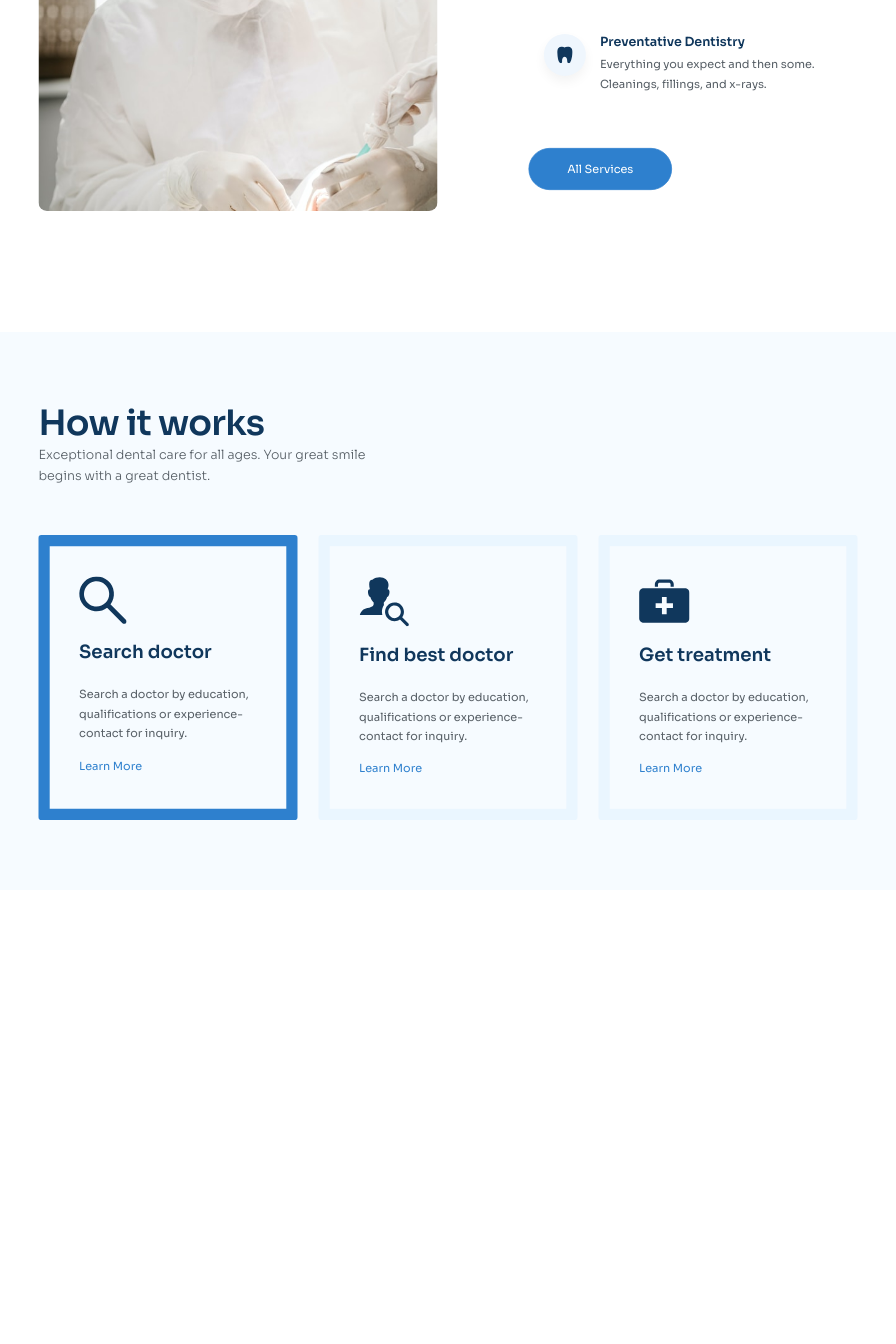
Repository: Tran-Dat/F8_Project_03
Page: index.html
The author's editor kept a copy of each file at every save. The page is drawn from the files as they stood at one save, then again after the next save.
The browser window is 1280 px wide. The pictures show the part of the page from y = 1428 to 3348 px (the page is 3800 px tall), at 70% of full size.
The pointer rests on the first visible `.work-item`.

Above is the page before, as saved 2023-04-03 15:56:52.

### index.html
<!DOCTYPE html>
<html lang="en">
    <head>
        <meta charset="UTF-8" />
        <meta http-equiv="X-UA-Compatible" content="IE=edge" />
        <meta name="viewport" content="width=device-width, initial-scale=1.0" />
        <title>shine smile</title>

        <!-- Favicon -->
        <link rel="apple-touch-icon" sizes="57x57" href="./assets/favicon/" />
        <link
            rel="apple-touch-icon"
            sizes="60x60"
            href="./assets/favicon/apple-icon-60x60.png"
        />
        <link
            rel="apple-touch-icon"
            sizes="72x72"
            href="./assets/favicon/apple-icon-72x72.png"
        />
        <link
            rel="apple-touch-icon"
            sizes="76x76"
            href="./assets/favicon/apple-icon-76x76.png"
        />
        <link
            rel="apple-touch-icon"
            sizes="114x114"
            href="./assets/favicon/apple-icon-114x114.png"
        />
        <link
            rel="apple-touch-icon"
            sizes="120x120"
            href="./assets/favicon/apple-icon-120x120.png"
        />
        <link
            rel="apple-touch-icon"
            sizes="144x144"
            href="./assets/favicon/apple-icon-144x144.png"
        />
        <link
            rel="apple-touch-icon"
            sizes="152x152"
            href="./assets/favicon/apple-icon-152x152.png"
        />
        <link
            rel="apple-touch-icon"
            sizes="180x180"
            href="./assets/favicon/apple-icon-180x180.png"
        />
        <link
            rel="icon"
            type="image/png"
            sizes="192x192"
            href="./assets/favicon/android-icon-192x192.png"
        />
        <link
            rel="icon"
            type="image/png"
            sizes="32x32"
            href="./assets/favicon/favicon-32x32.png"
        />
        <link
            rel="icon"
            type="image/png"
            sizes="96x96"
            href="./assets/favicon/favicon-96x96.png"
        />
        <link
            rel="icon"
            type="image/png"
            sizes="16x16"
            href="./assets/favicon/favicon-16x16.png"
        />
        <link rel="manifest" href="./assets/favicon/manifest.json" />
        <meta name="msapplication-TileColor" content="#ffffff" />
        <meta
            name="msapplication-TileImage"
            content="./assets/favicon/ms-icon-144x144.png"
        />
        <meta name="theme-color" content="#ffffff" />

        <!-- Emmet Fonts -->
        <link rel="preconnect" href="https://fonts.googleapis.com" />
        <link rel="preconnect" href="https://fonts.gstatic.com" crossorigin />
        <link
            href="https://fonts.googleapis.com/css2?family=Sora:wght@300;400;500;600;700;800&display=swap"
            rel="stylesheet"
        />

        <!-- Reset Css -->
        <link rel="stylesheet" href="./assets/css/reset.css" />
        <link rel="stylesheet" href="./assets/css/style.css" />
    </head>
    <body>
        <!-- Header -->
        <header class="header">
            <div class="container">
                <!-- Header top -->
                <div class="header-top">
                    <!-- Logo -->
                    <a href="/">
                        <div class="logo">
                            <span class="logo__circle"> </span>
                            <span class="logo__text">
                                <span class="logo__brand">Shine</span>
                                <span class="logo__brand logo__brand--small">
                                    smile
                                </span>
                            </span>
                        </div>
                    </a>

                    <!-- NavBar -->
                    <nav class="navbar">
                        <ul class="navbar__list">
                            <li class="navbar__item">
                                <a
                                    href="#!"
                                    class="navbar__link navbar__item--active"
                                >
                                    Home
                                </a>
                            </li>
                            <li class="navbar__item">
                                <a href="#!" class="navbar__link">Services</a>
                            </li>
                            <li class="navbar__item">
                                <a href="#!" class="navbar__link">About</a>
                            </li>
                            <li class="navbar__item">
                                <a href="#!" class="navbar__link">Doctors</a>
                            </li>
                        </ul>
                    </nav>

                    <!-- Action -->
                    <div class="header-action">
                        <a href="" class="header-action__login">Log In</a>
                        <button href="" class="btn header-action__signup">
                            Sign Up
                        </button>
                    </div>
                </div>

                <!-- Hero -->
                <section class="hero">
                    <!-- Hero content -->
                    <section class="hero__content">
                        <h1 class="hero__heading">
                            Exceptional dental care for all ages.
                        </h1>
                        <p class="hero__desc">
                            Exceptional dental care for all ages. Your great
                            smile begins with a great dentist.
                        </p>
                        <div class="hero__row">
                            <a href="" class="btn">Book Online</a>
                            <span class="hero__phone"
                                >or call (123) 456-7890</span
                            >
                        </div>
                    </section>

                    <!-- Hero media -->
                    <div class="hero__media">
                        <figure class="hero__images">
                            <img
                                src="./assets/img/hero-01.jpg"
                                alt=""
                                class="hero__img"
                            />
                            <img
                                src="./assets/img/hero-02.jpg"
                                alt=""
                                class="hero__img"
                            />
                        </figure>
                    </div>
                </section>
            </div>
        </header>

        <main style="height: 3000px">
            <!-- Service -->
            <section class="service">
                <div class="container">
                    <h2 class="service__heading section-heading">
                        Our services
                    </h2>
                    <p class="service__desc section-desc">
                        Exceptional dental care for all ages. Your great smile
                        begins with a great dentist.
                    </p>

                    <div class="service__row">
                        <figure>
                            <img
                                src="./assets/img/hero-01.jpg"
                                alt=""
                                class="service__img"
                            />
                        </figure>

                        <div>
                            <!-- Service List -->
                            <div class="service__list">
                                <!-- Service item 1 -->
                                <section class="service-item">
                                    <div class="service-item__icon">
                                        <!-- icon -->
                                        <svg
                                            width="22"
                                            height="24"
                                            viewBox="0 0 22 24"
                                            fill="none"
                                            xmlns="http://www.w3.org/2000/svg"
                                        >
                                            <path
                                                d="M20.3598 2.63964C17.9506 -0.556131 14.2772 -0.568132 11.2481 1.10682C11.001 1.24657 10.7219 1.31411 10.4406 1.30222C10.1592 1.29033 9.88633 1.19945 9.65105 1.03931C8.49552 0.245717 7.29036 -0.316477 5.13904 0.207462C0.623408 1.3071 0 4.90379 0 8.99816C0.0797353 12.1602 0.500857 15.3032 1.25551 18.3683C2.11836 22.0168 3.90382 24 5.43354 24C6.96326 24 7.00963 22.2204 7.00963 20.8016C7.00963 19.2009 7.39505 14.8009 10.8642 14.8009C13.5317 14.8009 14.3333 18.4013 14.3333 20.8016C14.3329 23.095 15.1722 24 16.6628 24C19.5267 24 20.9796 15.3938 21.3719 13.1237C21.7642 10.8535 22.9882 6.12569 20.3598 2.63964Z"
                                                fill="currentColor"
                                            />
                                        </svg>
                                    </div>

                                    <div class="service-item__body">
                                        <h3 class="service-item__heading">
                                            Oral Surgery
                                        </h3>
                                        <p class="service-item__desc">
                                            Everything you expect and then some.
                                            Cleanings, fillings, and x-rays.
                                        </p>
                                    </div>
                                </section>

                                <!-- Service item 2 -->
                                <section class="service-item">
                                    <div class="service-item__icon">
                                        <!-- icon -->
                                        <svg
                                            width="22"
                                            height="24"
                                            viewBox="0 0 22 24"
                                            fill="none"
                                            xmlns="http://www.w3.org/2000/svg"
                                        >
                                            <path
                                                d="M20.3598 2.63964C17.9506 -0.556131 14.2772 -0.568132 11.2481 1.10682C11.001 1.24657 10.7219 1.31411 10.4406 1.30222C10.1592 1.29033 9.88633 1.19945 9.65105 1.03931C8.49552 0.245717 7.29036 -0.316477 5.13904 0.207462C0.623408 1.3071 0 4.90379 0 8.99816C0.0797353 12.1602 0.500857 15.3032 1.25551 18.3683C2.11836 22.0168 3.90382 24 5.43354 24C6.96326 24 7.00963 22.2204 7.00963 20.8016C7.00963 19.2009 7.39505 14.8009 10.8642 14.8009C13.5317 14.8009 14.3333 18.4013 14.3333 20.8016C14.3329 23.095 15.1722 24 16.6628 24C19.5267 24 20.9796 15.3938 21.3719 13.1237C21.7642 10.8535 22.9882 6.12569 20.3598 2.63964Z"
                                                fill="currentColor"
                                            />
                                        </svg>
                                    </div>

                                    <div class="service-item__body">
                                        <h3 class="service-item__heading">
                                            Wisdom Teeth Removal
                                        </h3>
                                        <p class="service-item__desc">
                                            Everything you expect and then some.
                                            Cleanings, fillings, and x-rays.
                                        </p>
                                    </div>
                                </section>

                                <!-- Service item 3 -->
                                <section class="service-item">
                                    <div class="service-item__icon">
                                        <!-- icon -->
                                        <svg
                                            width="22"
                                            height="24"
                                            viewBox="0 0 22 24"
                                            fill="none"
                                            xmlns="http://www.w3.org/2000/svg"
                                        >
                                            <path
                                                d="M20.3598 2.63964C17.9506 -0.556131 14.2772 -0.568132 11.2481 1.10682C11.001 1.24657 10.7219 1.31411 10.4406 1.30222C10.1592 1.29033 9.88633 1.19945 9.65105 1.03931C8.49552 0.245717 7.29036 -0.316477 5.13904 0.207462C0.623408 1.3071 0 4.90379 0 8.99816C0.0797353 12.1602 0.500857 15.3032 1.25551 18.3683C2.11836 22.0168 3.90382 24 5.43354 24C6.96326 24 7.00963 22.2204 7.00963 20.8016C7.00963 19.2009 7.39505 14.8009 10.8642 14.8009C13.5317 14.8009 14.3333 18.4013 14.3333 20.8016C14.3329 23.095 15.1722 24 16.6628 24C19.5267 24 20.9796 15.3938 21.3719 13.1237C21.7642 10.8535 22.9882 6.12569 20.3598 2.63964Z"
                                                fill="currentColor"
                                            />
                                        </svg>
                                    </div>

                                    <div class="service-item__body">
                                        <h3 class="service-item__heading">
                                            Preventative Dentistry
                                        </h3>
                                        <p class="service-item__desc">
                                            Everything you expect and then some.
                                            Cleanings, fillings, and x-rays.
                                        </p>
                                    </div>
                                </section>
                            </div>

                            <a href="" class="btn">All Services</a>
                        </div>
                    </div>
                </div>
            </section>

            <!-- Work -->
            <section class="work">
                <div class="container">
                    <h2 class="section-heading">How it works</h2>
                    <p class="section-desc work__desc">
                        Exceptional dental care for all ages. Your great smile
                        begins with a great dentist.
                    </p>

                    <!-- Work List -->
                    <div class="work__list">
                        <!-- work item 1 -->
                        <section class="work-item">
                            <img
                                src="./assets/icon/search.svg"
                                alt="search"
                                class="work-item__icon"
                            />
                            <h3 class="work-item__heading">Search doctor</h3>
                            <p class="work-item__desc">
                                Search a doctor by education, qualifications or
                                experience-contact for inquiry.
                            </p>
                            <a href="#!" class="work-item__more">Learn More</a>
                        </section>

                        <!-- work item 2 -->
                        <section class="work-item">
                            <img
                                src="./assets/icon/search-use.svg"
                                alt="search"
                                class="work-item__icon"
                            />
                            <h3 class="work-item__heading">Find best doctor</h3>
                            <p class="work-item__desc">
                                Search a doctor by education, qualifications or
                                experience-contact for inquiry.
                            </p>
                            <a href="#!" class="work-item__more">Learn More</a>
                        </section>

                        <!-- work item 3 -->
                        <section class="work-item">
                            <img
                                src="./assets/icon/bag.svg"
                                alt="search"
                                class="work-item__icon"
                            />
                            <h3 class="work-item__heading">Get treatment</h3>
                            <p class="work-item__desc">
                                Search a doctor by education, qualifications or
                                experience-contact for inquiry.
                            </p>
                            <a href="#!" class="work-item__more">Learn More</a>
                        </section>
                    </div>
                </div>
            </section>
        </main>
    </body>
</html>

### assets/css/style.css
* {
    box-sizing: border-box;
}

:root {
    --header-bg: #10375c;
}

html {
    font-size: 62.5%;
}

body {
    font-size: 1.6rem;
    font-family: "Sora", sans-serif;
}

/* ================================================================ Common ================================================================ */

.btn {
    --height: 60px;

    display: inline-block;
    min-width: 205px;
    height: var(--height);
    padding: 0 20px;
    border-radius: 99px;
    border: 1px solid #2e80ce;
    font-size: 1.6rem;
    font-weight: 400;
    text-align: center;
    line-height: var(--height);
    color: #fff;
    background: #2e80ce;
}

.btn:hover {
    opacity: 0.9;
    cursor: pointer;
}

a {
    text-decoration: none;
}

.container {
    width: 1170px;
    max-width: calc(100% - 48px);
    margin: 0 auto;
}

.section-heading {
    font-weight: 600;
    font-size: 5rem;
    line-height: 1.2;
    letter-spacing: -0.02em;
    color: #10375c;
}

.section-desc {
    font-weight: 300;
    font-size: 1.8rem;
    line-height: 1.67;
    color: #575f66;
}

/* ================================================================ Header ================================================================ */

.header {
    min-height: 100vh;
    background: var(--header-bg);
    padding-top: 30px;
}

.header-top {
    display: flex;
    justify-content: space-between;
    align-items: center;
}

.logo {
    display: inline-flex;
    position: relative;
    font-size: 1rem;
}

.logo__circle::before,
.logo__circle::after {
    content: "";
    display: inline-block;
    border-radius: 50%;
}

.logo__circle::before {
    width: 3em;
    height: 3em;
    background: #2e80ce;
}

.logo__circle::after {
    position: absolute;
    top: 1.1em;
    left: 1.1em;
    width: 1.6em;
    height: 1.6em;
    background: #fff;
}

.logo__text {
    margin-left: 0.6em;
    text-align: right;
    line-height: 1.6em;
}

.logo__brand {
    display: block;
    font-size: 1.8em;
    font-weight: 400;
    color: #fff;
}

.logo__brand--small {
    font-size: 1.2em;
    font-weight: 300;
}

.navbar__list {
    display: flex;
}

.header-action__login,
.navbar__link {
    padding: 4px 21px;
    font-weight: 300;
    font-size: 1.6rem;
    line-height: 1.75;
    color: #c9d2da;
}

.navbar__link:hover,
.navbar__item--active {
    text-shadow: 1px 0 0 currentColor;
    color: #fff;
}

.navbar__item--active::before {
    position: relative;
    left: -8px;
    top: -2px;
    content: "";
    display: inline-block;
    width: 6px;
    height: 6px;
    border-radius: 50%;
    background-color: #fff;
}

.header-action {
    display: flex;
    align-items: center;
}

.header-action__login {
    margin-right: 7px;
}

.header-action__signup {
    --height: 44px;
    height: var(--height);
    min-width: 104px;
}

/* ========================================== Hero =========================================== */

.hero {
    margin-top: 76px;
    display: flex;
    align-items: center;
    padding-bottom: 110px;
}

/*           Hero content             */
.hero__content {
    flex-shrink: 0;
    width: 44%;
}

.hero__heading {
    font-weight: 600;
    font-size: 7rem;
    line-height: 1.14;
    letter-spacing: -0.02em;
    color: #ffffff;
}

.hero__desc {
    margin-top: 22px;
    font-weight: 300;
    font-size: 1.8rem;
    line-height: 1.67;
    color: #c9d2da;
}

.hero__row {
    display: flex;
    align-items: center;
    margin-top: 38px;
}

.hero__phone {
    margin-left: 38px;
    font-size: 1.8rem;
    line-height: 1.67;
    color: #ffffff;
}

/*           Hero media             */
.hero__media {
    flex-grow: 1;
}

.hero__images {
    display: flex;
    justify-content: flex-end;
    align-items: center;
}

.hero__img {
    width: 330px;
    height: 540px;
    border-radius: 6px;
    object-fit: cover;
}

.hero__img:first-child {
    position: relative;
    margin-right: -6px;
}

.hero__img:last-child {
    width: 210px;
    height: 410px;
}

/* ================================================================ Service ================================================================ */

.service {
    padding: 170px 0;
}

.service__heading,
.service__desc {
    text-align: center;
}

.service__desc {
    max-width: 468px;
    margin-left: auto;
    margin-right: auto;
}

.service__row {
    display: flex;
    justify-content: space-between;
    align-items: center;
    margin-top: 70px;
}

.service__img {
    height: 570px;
    width: 570px;
    object-fit: cover;
    border-radius: 12px;
}

/*******************service item*******************/
.service-item {
    display: flex;
    padding: 22px;
    width: 470px;
    background: #ffffff;
    border-radius: 10px;
    transition: 0.3s;
}

.service-item:hover {
    position: relative;
    box-shadow: 0px 14px 28px rgba(0, 0, 0, 0.05);
}

.service-item:hover .service-item__icon {
    background: #2e80ce;
    color: #fff;
}

.service-item__icon {
    display: flex;
    align-items: center;
    justify-content: center;
    flex-shrink: 0;
    width: 60px;
    height: 60px;
    background: #eff6fd;
    color: #10375c;
    box-shadow: 0px 8px 16px rgba(0, 0, 0, 0.05);
    border-radius: 50px;
}

.service-item__body {
    margin-left: 20px;
}

.service-item__heading {
    font-weight: 600;
    font-size: 1.8rem;
    line-height: 1.27;
    color: #10375c;
}

.service-item__desc {
    margin-top: 8px;
    font-size: 1.6rem;
    line-height: 1.75;
    color: #575f66;
}

.service__row .btn {
    margin-top: 55px;
}

/* ========================================== Work =========================================== */

.work {
    background: #f6fbff;
    padding: 100px 0;
}

.work__desc {
    width: 468px;
}

.work__list {
    display: grid;
    grid-template-columns: repeat(3, 1fr);
    column-gap: 30px;
    margin-top: 70px;
}

.work-item {
    border: 16px solid #eaf6ff;
    border-radius: 4px;
    padding: 43px 42px;
    transition: 0.25s;
}

.work-item:hover {
    border: 16px solid #2e80ce;
}

.work-item__heading {
    margin-top: 20px;
    font-weight: 600;
    font-size: 2.6rem;
    line-height: 1.38;
    color: #10375c;
}

.work-item__desc {
    margin-top: 28px;
    font-size: 1.6rem;
    line-height: 1.75;
    color: #575f66;
}

.work-item__more {
    display: inline-block;
    margin-top: 18px;
    font-weight: 400;
    font-size: 1.6rem;
    line-height: 1.75;
    color: #2e80ce;
}

Loaded but not shown: assets/css/reset.css (common file); assets/favicon/manifest.json (common file)

After the next save:
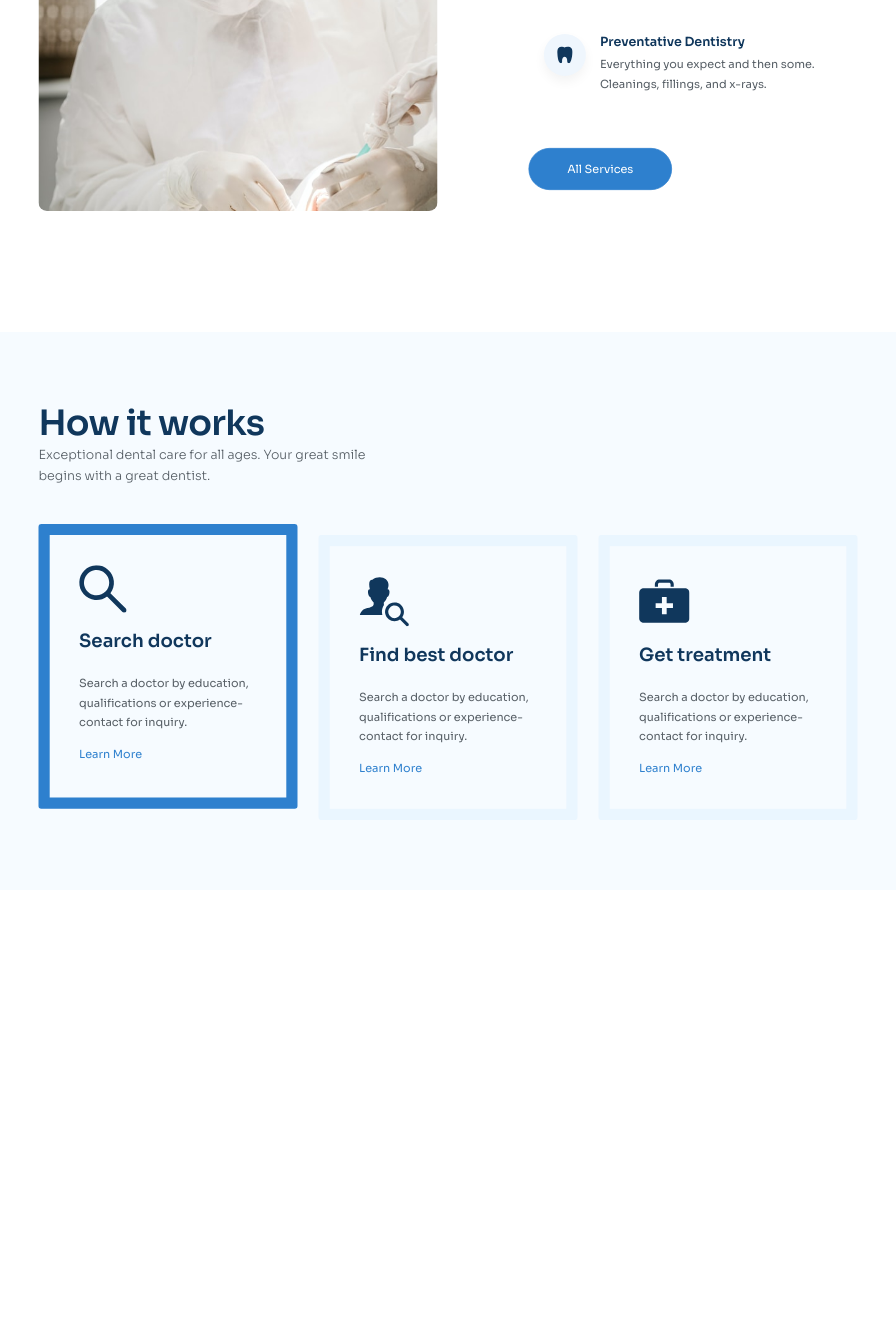
Saved 47 s later.
--- a/assets/css/style.css
+++ b/assets/css/style.css
@@ -354,7 +354,8 @@ a {
 }
 
 .work-item:hover {
-    border: 16px solid #2e80ce;
+    transform: translateY(-16px);
+    border-color: #2e80ce;
 }
 
 .work-item__heading {
